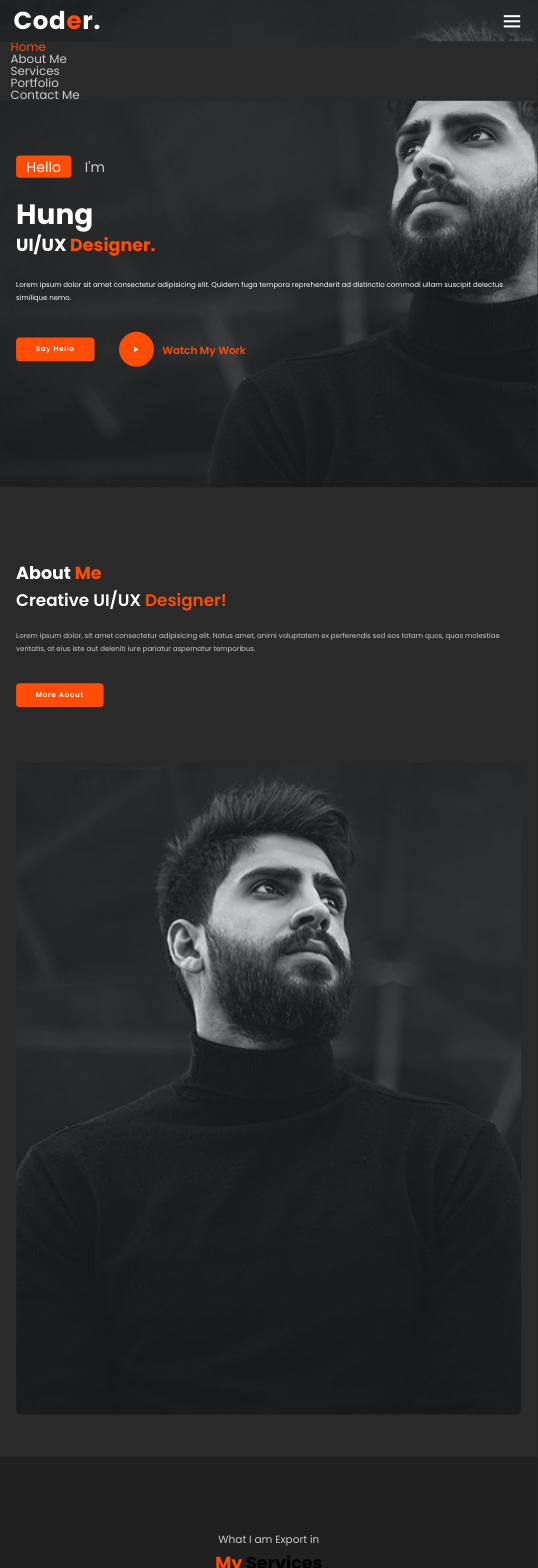
Repository: HungNg99/Protifolio2
Page: Portfolio/index.html
An editor plug-in stored every save of this project. The page is shown before and after the next save, followed by the edit.
The browser window is 768 px wide. The pictures show the part of the page from y = 0 to 2240 px (the page is 4812 px tall), at 70% of full size.

Above is the page before, as saved 2022-12-12 16:58:11.

After the next save:
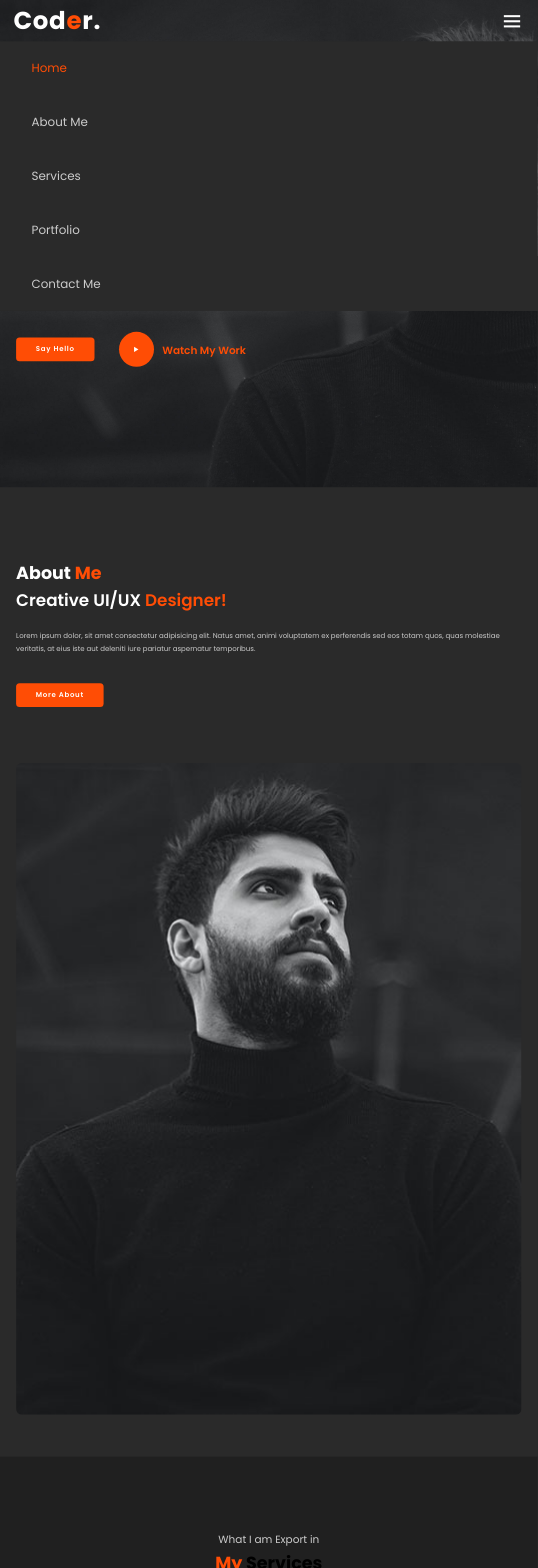
Saved 11 s later.
--- a/Portfolio/style.css
+++ b/Portfolio/style.css
@@ -522,7 +522,7 @@
    .nav-list a{
     display: block;
     margin: 17px;
-    p17px
+    padding: 30px;
     font-size: 20px;
     transition: all 0.45s ease;
     color: var(--text-color);

After the save that followed:
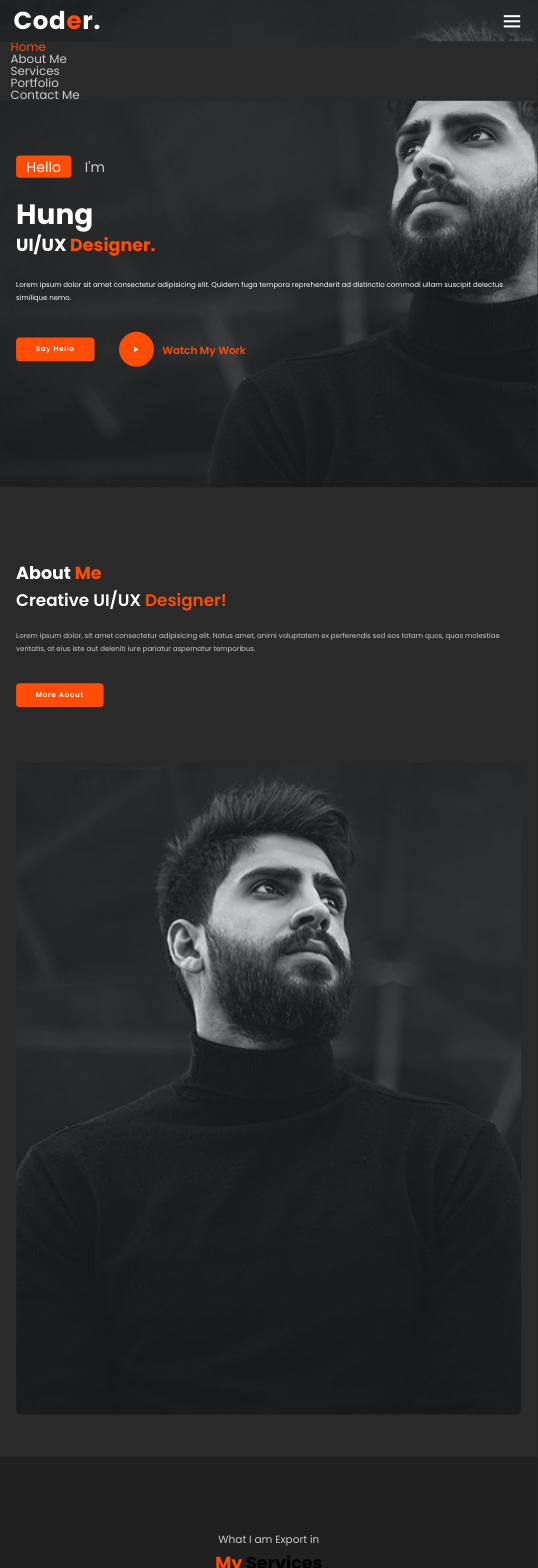
Saved 67 s later.
--- a/Portfolio/style.css
+++ b/Portfolio/style.css
@@ -522,9 +522,14 @@
    .nav-list a{
     display: block;
     margin: 17px;
-    padding: 30px;
     font-size: 20px;
     transition: all 0.45s ease;
     color: var(--text-color);
    }
-}
+   .nav-list a:hover{
+    color: var(--main-color);
+   }
+   .nav-list a.active{
+    color: var(--text-color);
+   }
+}
